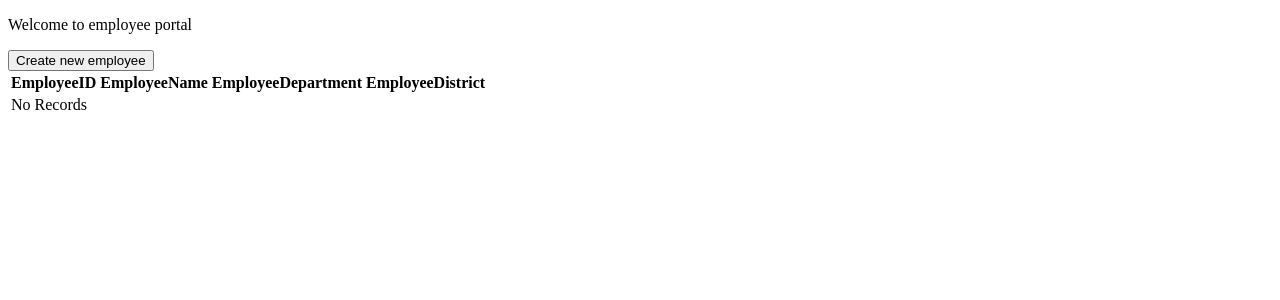
Repository: tamilnila96/Servlet
Page: http://localhost/EmployeeDetails/
These files come from the project's save history. The page is drawn as it stood at one moment and after the next save; the edit follows.
The browser window is 1280 px wide. The pictures show the whole page.
The page is served by Tomcat 9. Other server files are loaded and not shown.

Above is the page before, as saved 2025-05-12 08:58:44.

### EmployeeDetails/WebContent/index.jsp
<%@ page language="java" contentType="text/html; charset=ISO-8859-1"
    pageEncoding="ISO-8859-1"%>
<!DOCTYPE html>
<html>
<head>
<meta charset="ISO-8859-1">
<title>EmployeeInformation</title>
</head>
<body>
<p> Welcome to employee portal </p>
<!-- Use a form to safely trigger servlet -->
    <form action="<%= request.getContextPath() %>/Employee" method="get">
        <button type="submit">Create new employee</button>
    </form>

    <table>
    <tr>
    <th>EmployeeID</th>
     <th>EmployeeName</th>
      <th>EmployeeDepartment</th>
       <th>EmployeeDistrict</th>
    </tr>
    <tr>
    <td>No Records </td>
    </tr>
    </table>

</body>
</html>

After the next save:
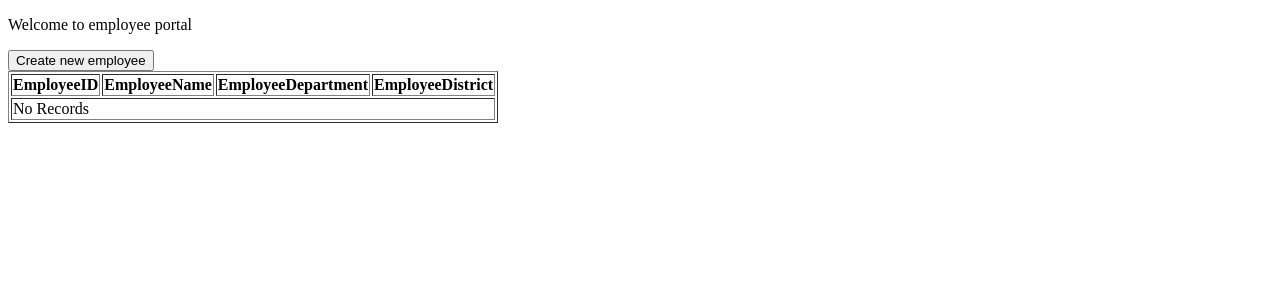
Saved 91 s later.
--- a/EmployeeDetails/WebContent/index.jsp
+++ b/EmployeeDetails/WebContent/index.jsp
@@ -13,7 +13,7 @@
         <button type="submit">Create new employee</button>
     </form>
 
-    <table>
+    <table border = "1">
     <tr>
     <th>EmployeeID</th>
      <th>EmployeeName</th>
@@ -21,7 +21,7 @@
        <th>EmployeeDistrict</th>
     </tr>
     <tr>
-    <td>No Records </td>
+    <td colspan = "4">No Records </td>
     </tr>
     </table>
 
